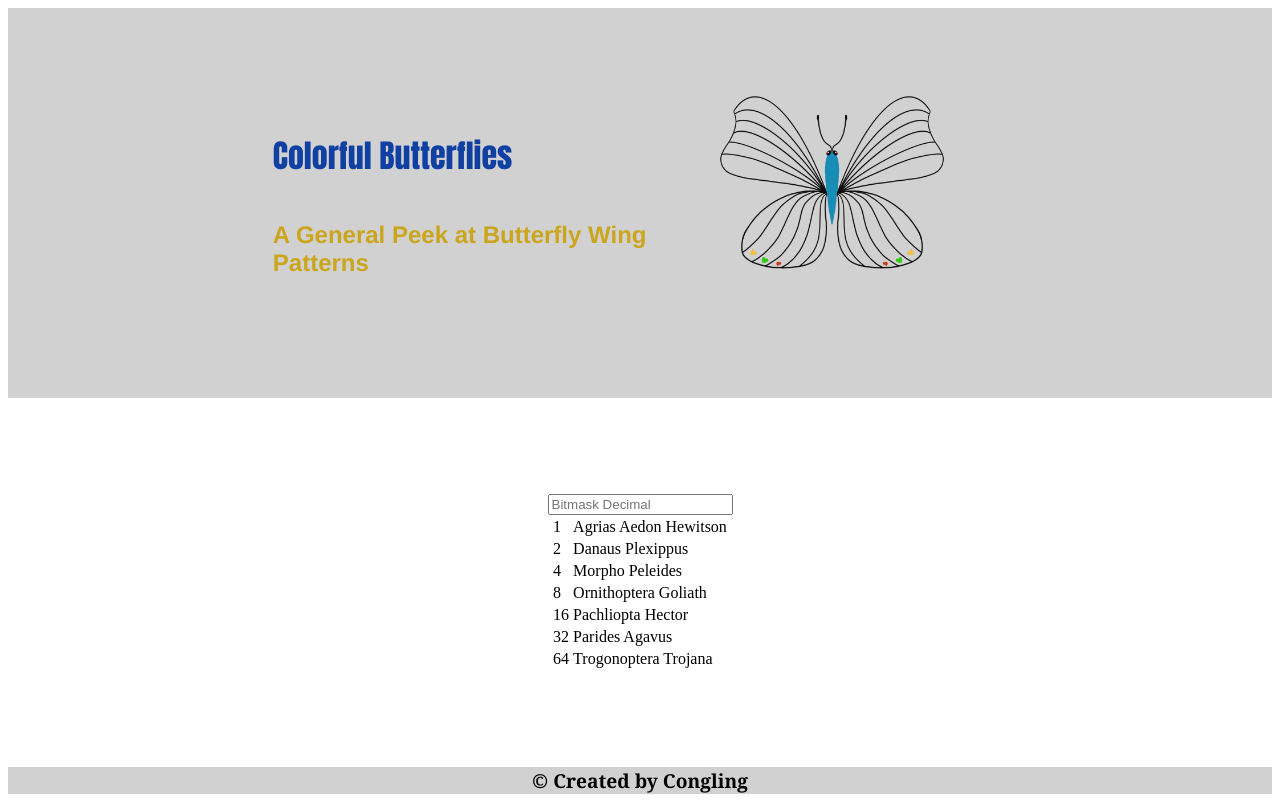
Repository: MeowCeline00/assessment-2
Page: /
An editor plug-in stored every save of this project. The page is shown before and after a run of saves, followed by the edit.
The browser window is 1280 px wide. The pictures show the whole page.
The project was rebuilt for these pictures with package versions that can differ from the ones it lists, and the page was loaded fresh each time. The framework's server and built-in components were replaced by stand-ins that run in the browser. Also part of the build but not shown: next.config.mjs.

Above is the page before, as saved 2024-02-07 22:21:35.

### pages/index.js
import Head from "next/head";
import { useState } from "react";
import styles from "@/styles/Home.module.css";
import Header from "@/Components/Header";
import Footer from "@/Components/Footer";


export default function Home() {

  // Butterfly Patterns
  const classFilters = {
    //key : value
    1: 'Agrias Aedon Hewitson',
    2: 'Danaus Plexippus',
    4: 'Morpho Peleides',
    8: 'Ornithoptera Goliath',
    16: 'Pachliopta Hector',
    32: 'Parides Agavus',
    64: 'Trogonoptera Trojana'
  }

  const [input, setInput] = useState();
                                    // 3
                                    // 2 & 2 Remainder 1
                                    // 1 & 1 Remainder 0
                                    // 9
                                    // 8 & 8 Remainder 1
                                    // 1 & 1 Remainder 0
  const getClassStyle = flagValue => (input & flagValue) > 0 ? {backgroundColor: 'yellow'} : null;

  return (
    <>
      <Head>
        <title>General View of Butterfly Wing Patterns</title>
        <meta name="description" content="General View of Butterfly Wing Patterns" />
        <meta name="viewport" content="width=device-width, initial-scale=1" />
        <link rel="icon" href="/butt_favicon.ico" />
      </Head>
      <Header />
      <main className={`${styles.main}`}>
       <input
       id="input"
       type="text"
       placeholder='Bitmask Decimal'
       value={input}
       onChange={event => setInput(event.target.value)}
       />
       <table>
        <tbody>
          {
            Object.keys(classFilters).map(item => (
              <tr key={item} style={getClassStyle(item)}>
                <td>{item}</td>
                <td>{classFilters[item]}</td>
              </tr>
            ))
          }
        </tbody>
       </table>
      </main>
      <Footer />
    </>
  );
}

### styles/globals.css
:root {
    --h1: rgb(15, 64, 162);
    --h2: rgb(203, 165, 27);
    --header-background: #d1d1d1;

}

### styles/Home.module.css
.main {
  display: flex;
  flex-direction: column;
  justify-content: space-between;
  align-items: center;
  padding: 6rem;
  min-height: 20vh;
}

### Components/Header/index.js
import Image from 'next/image';
import styles from './Header.module.css';

export default function Header() {
    return (
        <header className={styles.header}>
            <div className={styles.titleArea}>
                <h1> Colorful Butterflies</h1>
                <h2> A General Peek at Butterfly Wing Patterns</h2>
            </div>
            <div className={styles.logoArea}>
                <img src={"/logo.png"} alt="Butterfly Logo" width={350} />
            </div>
        </header>
    );
}

### Components/Footer/index.js
import styles from './Footer.module.css'


export default function Footer() {

    return(
        <footer className={styles.footer}>
            © Created by Congling
        </footer>
    )
}

### Components/Header/Header.module.css
.header {
    display: flex;
    justify-content: space-between;
    align-items: center;
    padding: 20px;
    background-color: var(--header-background);
}

.titleArea {
    display: flex;
    flex-direction: column;
    padding-left: 20%;
}

.titleArea h1 {
    color: var(--h1);
    font-size: xx-large;
    font-family: Impact, Haettenschweiler, 'Arial Narrow Bold', sans-serif;
}

.titleArea h2 {
    color: var(--h2);
    font-family: 'Franklin Gothic Medium', 'Arial Narrow', Arial, sans-serif;
}

.logoArea {
  display: flex;
  padding-right: 20%;
}

### Components/Footer/Footer.module.css
.footer{
    text-align: center;
    font-weight: bold;
    font-family: Georgia, 'Times New Roman', Times, serif;
    font-size: larger;
    background-color: var(--header-background);
    color: var();
}

Loaded but not shown: pages/_app.js (common file); pages/_document.js (common file)

After the next 2 saves:
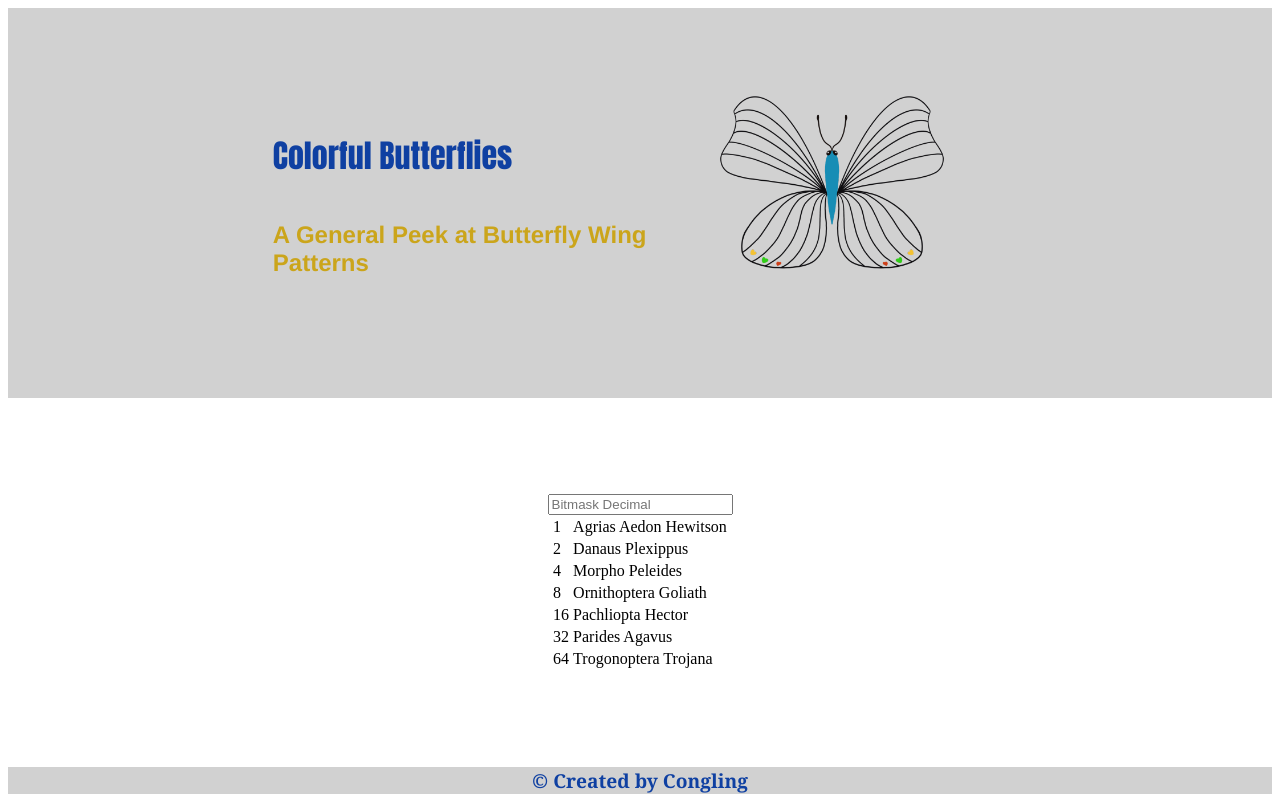
The 2 saves are shown as one change because they came seconds apart.
The last was saved 6 s later.
--- a/Components/Footer/Footer.module.css
+++ b/Components/Footer/Footer.module.css
@@ -4,5 +4,5 @@
     font-family: Georgia, 'Times New Roman', Times, serif;
     font-size: larger;
     background-color: var(--header-background);
-    color: var();
+    color: var(--h1);
 }
